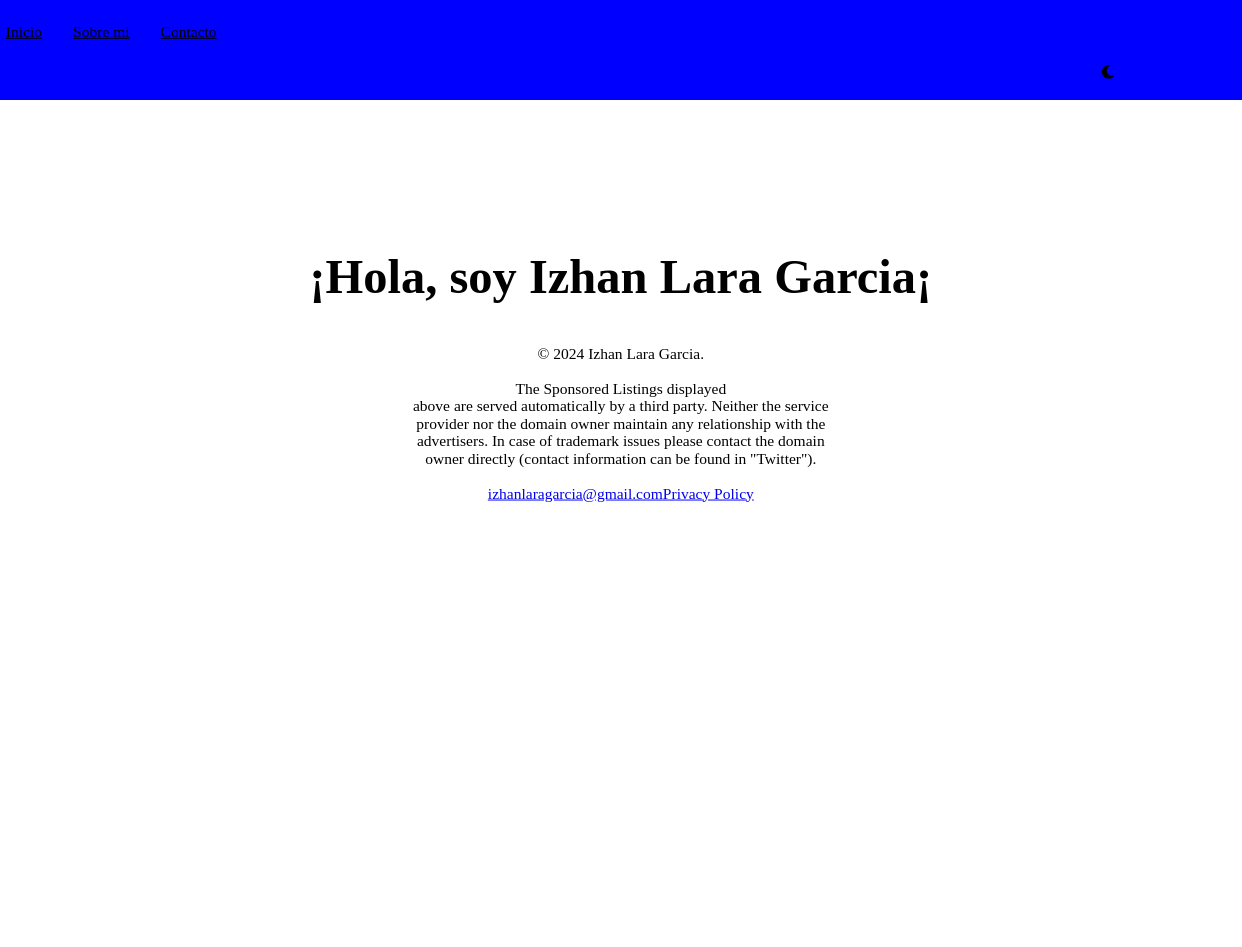
Repository: izhanlaraagarcia/izhanlaraagarcia.github.io
Page: / (app in vite-project/)
These files come from the project's save history. The page is drawn as it stood at one moment and after the next save; the edit follows.
The browser window is 1280 px wide. The pictures show the whole page, at 97% of full size.
The project was rebuilt for these pictures with package versions that can differ from the ones it lists, and the page was loaded fresh each time. Also part of the build but not shown: vite-project/vite.config.js, vite-project/src/Home/Styles/estilos.css, vite-project/src/pages/About/about.jsx, vite-project/src/pages/Contact/contact.jsx.

Above is the page before, as saved 2024-07-11 19:27:25.

After the next save:
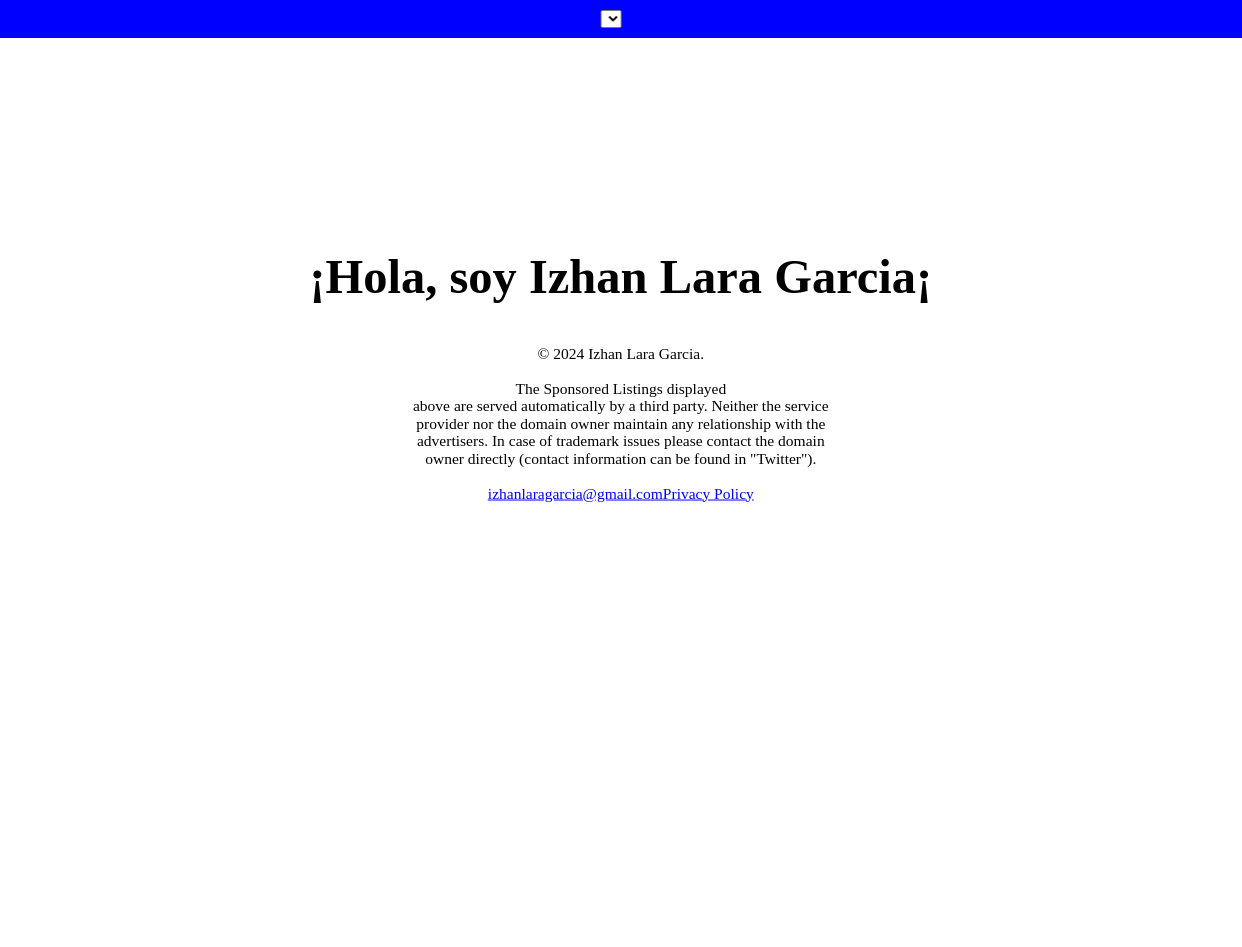
Saved 3 min 41 s later.
--- a/vite-project/src/Componentes-Generales/menu.jsx
+++ b/vite-project/src/Componentes-Generales/menu.jsx
@@ -9,6 +9,7 @@
     return (
       <header>
         <nav>
+          <select name="" id="">
           <ul>
             <li>
               <Link to="/">Inicio</Link>
@@ -23,6 +24,7 @@
               <TemaComponent />
             </li>
           </ul>
+          </select>
         </nav>
       </header>
     );

After the 3 saves that followed:
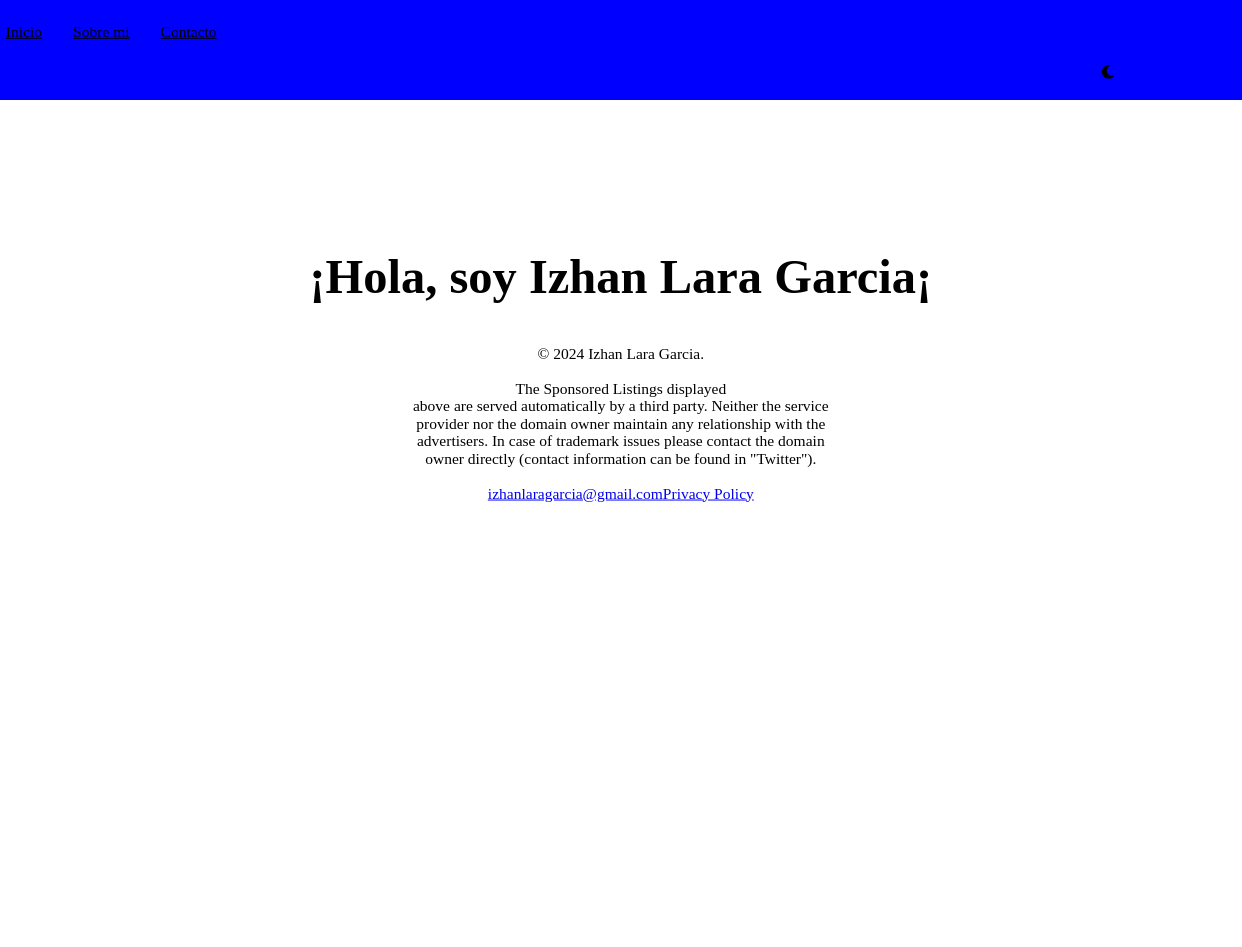
The 3 saves are shown as one change because 1 did not build or start and 1 left the picture as it was.
The last was saved 42 s later.
--- a/vite-project/src/Componentes-Generales/menu.jsx
+++ b/vite-project/src/Componentes-Generales/menu.jsx
@@ -9,7 +9,6 @@
     return (
       <header>
         <nav>
-          <select name="" id="">
           <ul>
             <li>
               <Link to="/">Inicio</Link>
@@ -21,10 +20,9 @@
               <Link to="/contacto">Contacto</Link>
             </li>
             <li>
-              <TemaComponent />
+              <TemaComponent/>
             </li>
           </ul>
-          </select>
         </nav>
       </header>
     );
